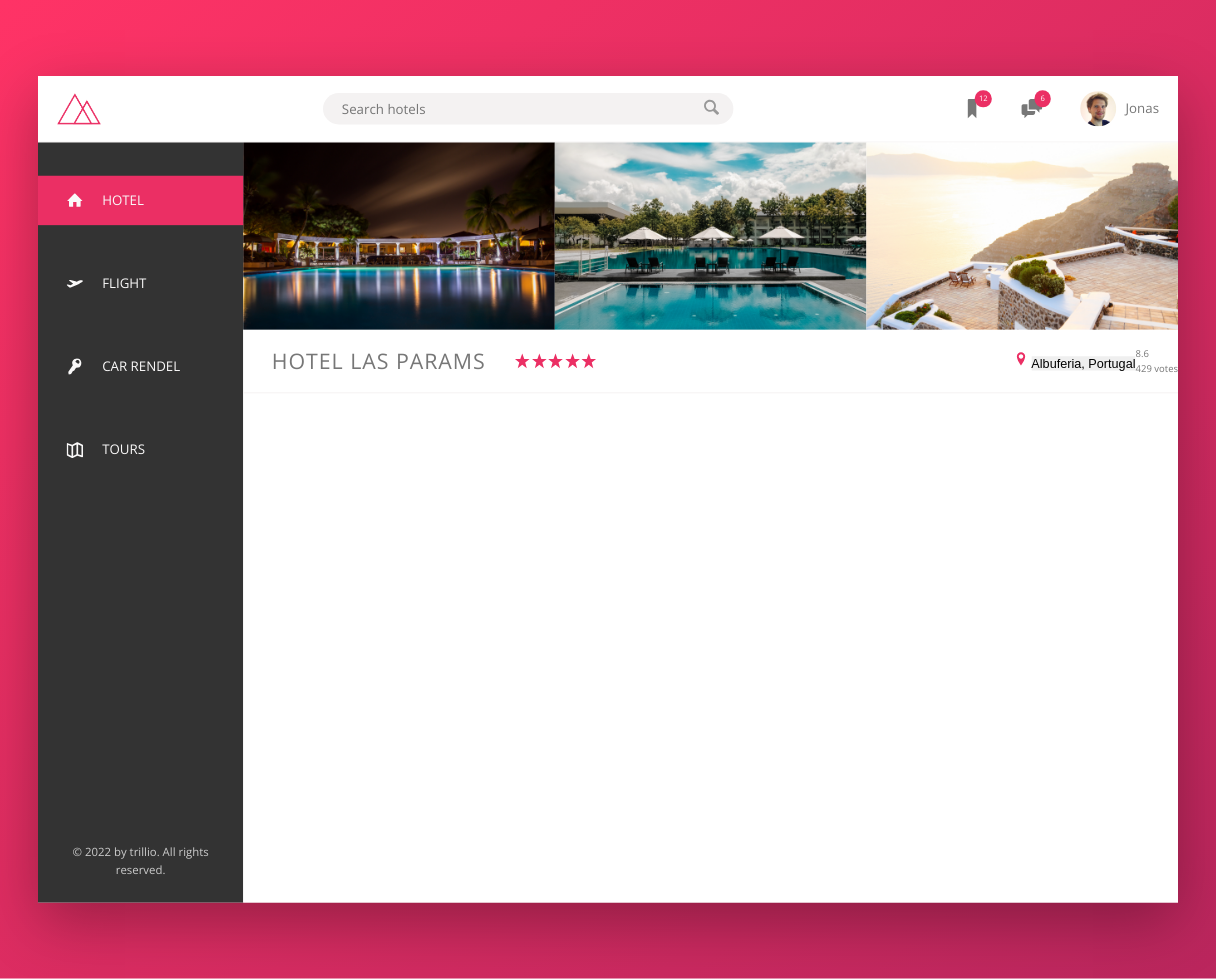
Repository: mohamediyas/flex_website
Page: index.html
The author's editor kept a copy of each file at every save. The page is drawn from the files as they stood at one save, then again after the next save.
The browser window is 1280 px wide. The pictures show the whole page, at 95% of full size.
The style sheet was rebuilt from its Sass, Less or Tailwind sources for each picture, by a compiler version that may differ from the author's.

Above is the page before, as saved 2022-08-06 13:02:07.

After the next save:
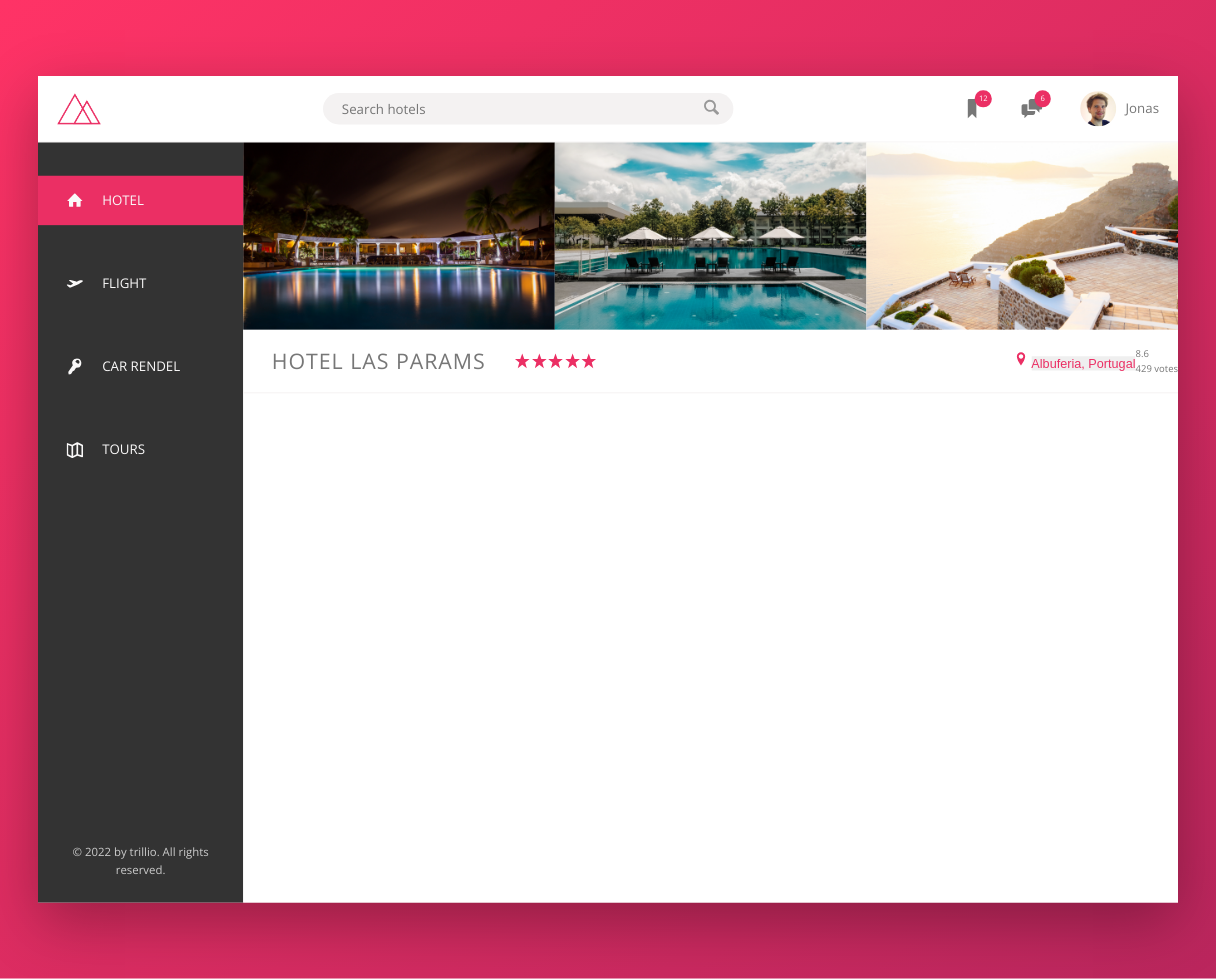
Saved 16 s later.
--- a/sass/_layout.scss
+++ b/sass/_layout.scss
@@ -36,4 +36,5 @@
 
 .btn-inline {
   border: none;
+  color: var(--color-primary);
 }
